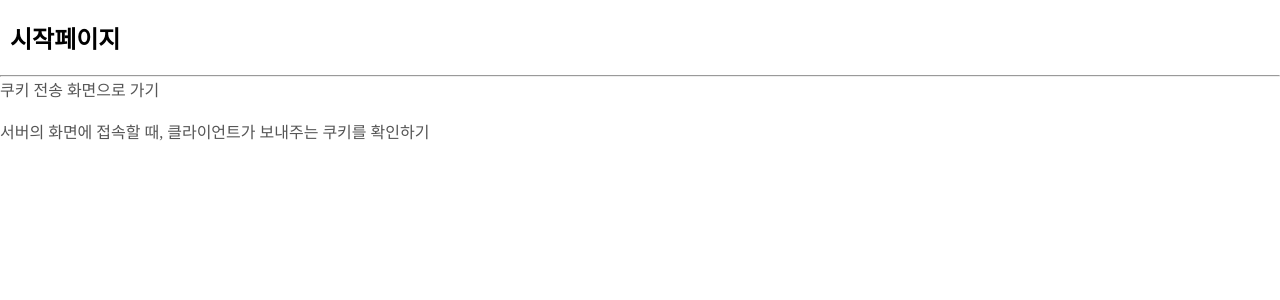
Repository: hyunh84/jsp_study
Page: http://localhost/Day07/j02_send.jsp
The author's editor kept a copy of each file at every save. The page is drawn from the files as they stood at one save, then again after the next save.
The browser window is 1280 px wide. The pictures show the whole page.
The page is served by Tomcat 9.

Above is the page before, as saved 2015-10-10 01:45:03.

After the next save:
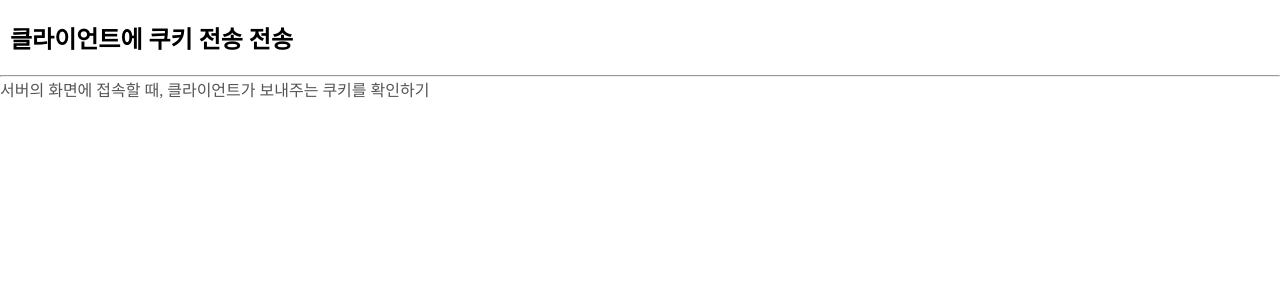
Saved 90 s later.
--- a/MyWorks/Day07/WebContent/j02_send.jsp
+++ b/MyWorks/Day07/WebContent/j02_send.jsp
@@ -16,12 +16,13 @@
 </style>
 </head>
 <body>
-	<h2>시작페이지</h2>
+	<h2>클라이언트에 쿠키 전송 전송</h2>
 	<hr />
 
-	<a href="/Day07/j02_send.jsp">쿠키 전송 화면으로 가기</a>
-	<br />
-	<br />
+	<%
+		Cookie cookie = new Cookie("cooki01", "101010");
+	%>
+
 	<a href="/Day07/j02_check.jsp">서버의 화면에 접속할 때, 클라이언트가 보내주는 쿠키를 확인하기</a>
 
 
